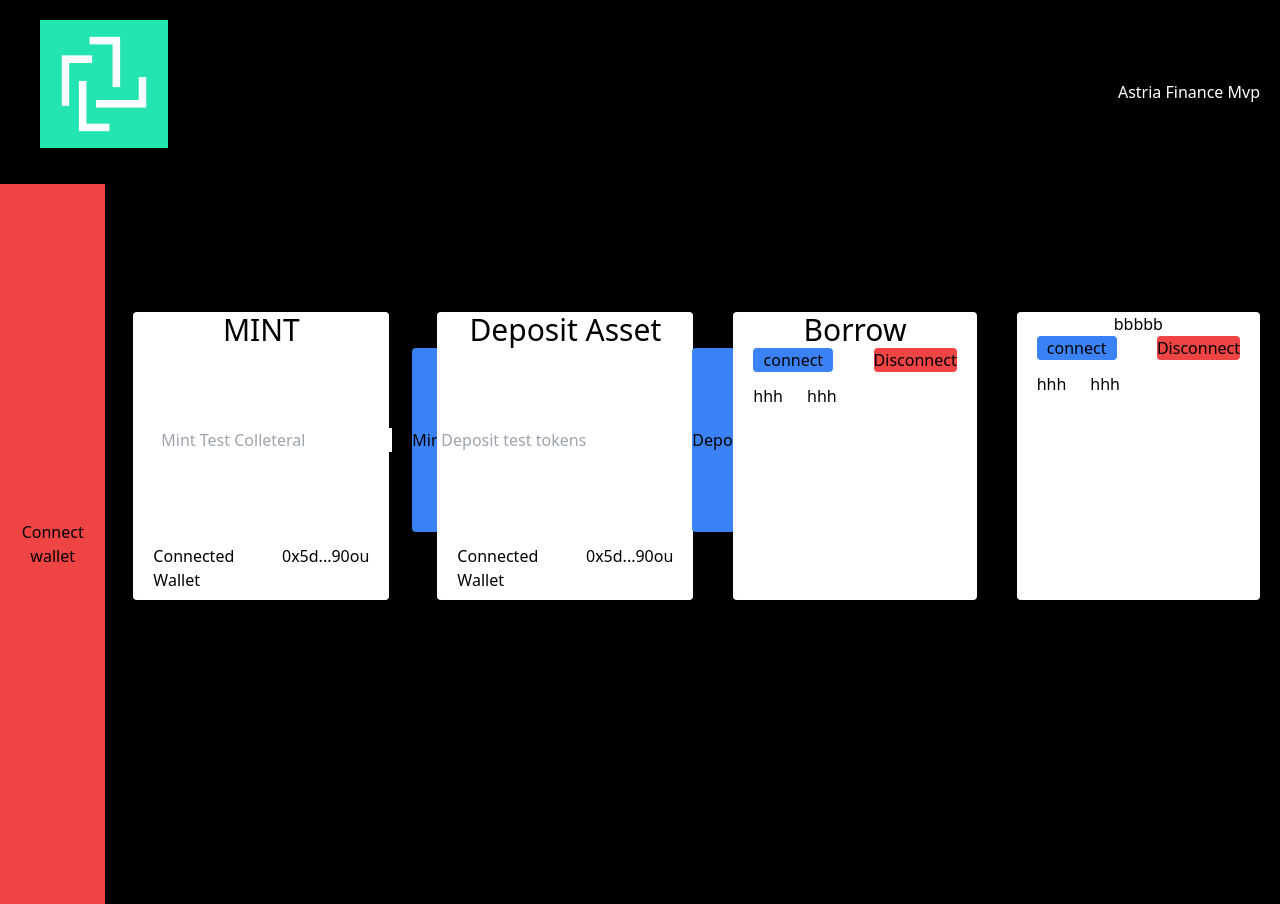
Repository: AstriaFinance/AstriaMvp
Page: /
These files come from the project's save history. The page is drawn as it stood at one moment and after the next save; the edit follows.
The browser window is 1280 px wide. The pictures show the whole page.
The project was rebuilt for these pictures with package versions that can differ from the ones it lists, and the page was loaded fresh each time. Also part of the build but not shown: src/components/About.jsx, src/components/Shop.jsx, src/components/ErrorPage.jsx.

Above is the page before, as saved 2022-06-21 16:27:35.

### src/App.js
import {Nav, Shop, About, ErrorPage, Home} from "./components"
import {BrowserRouter as Router,Routes, Route} from"react-router-dom"
function App() {
  return (

    <div>

      <Nav/>
      <Home/>
      </div>

  );
}

export default App;

### src/components/index.js
export{default as About} from "./About"
export{default as Nav} from "./Nav"
export{default as Shop} from "./Shop"
export {default as ErrorPage} from "./ErrorPage"
export{default as Home} from "./Home"

### src/components/Nav.jsx
import React from 'react'
import logo from "../static/astria2.jpg"
const Nav = () => {
  return (

        <nav className='bg-black flex justify-between '>
        <img src={logo} alt="" className='h-32 mt-5 mx-10' />
        <div className='text-white my-20 mx-5'>Astria Finance Mvp</div>





    </nav>



  )
}

export default Nav

### src/components/Home.jsx
import React from 'react'

const Home = () => {
  return (
<div className="bg-black flex overflow-x-auto h-screen ">
<button className='bg-red-500'>Connect wallet</button>
 <div className="bg-white h-72 w-64 rounded my-32 mx-7">

  <div className="container flex justify-center text-3xl">MINT</div>
  <div className="flex justify-between">
    <input type="text" placeholder='Mint Test Colleteral' className='my-20 ml-7' />
    <button className="bg-blue-500 rounded mx-5 w-20  ">Mint</button>
  </div>
   <ul className="mx-5 my-3 flex gap-6">
     <li>Connected Wallet</li>
     <li>0x5d...90ou</li>
   </ul>
 </div>

 <div className="bg-white h-72 w-64 rounded mx-5 my-32">

  <div class="container flex justify-center text-3xl">Deposit Asset</div>
  <div className="flex justify-between">
    <input type="text" placeholder='Deposit test tokens' className='my-20 ml-1' />
    <button className="bg-blue-500 rounded mx-5 w-20  ">Deposit</button>
  </div>
   <ul className="mx-5 my-3 flex gap-6">
     <li>Connected Wallet</li>
     <li>0x5d...90ou</li>
   </ul>
 </div>
 <div className="bg-white h-72 w-64 rounded mx-5 my-32">

  <div className="container flex justify-center text-3xl">Borrow</div>
  <div className="flex justify-between">
  <button className="bg-blue-500 rounded mx-5 w-20 ">connect</button>
   <button className="bg-red-500 rounded mx-5">Disconnect</button>
  </div>
   <ul className="mx-5 my-3 flex gap-6">
     <li>hhh</li>
     <li>hhh</li>
   </ul>
 </div>

 <div className="bg-white h-72 w-64 rounded mx-5 my-32">

  <div className="container flex justify-center">bbbbb</div>
  <div className="flex justify-between">
  <button className="bg-blue-500 rounded mx-5 w-20 ">connect</button>
   <button className="bg-red-500 rounded mx-5">Disconnect</button>
  </div>
   <ul className="mx-5 my-3 flex gap-6">
     <li>hhh</li>
     <li>hhh</li>
   </ul>
 </div>



 </div>
  )
}

export default Home

Loaded but not shown: public/index.html (common file); src/index.js (common file); src/index.css (common file); src/reportWebVitals.js (common file); tailwind.config.js (common file)

After the next save:
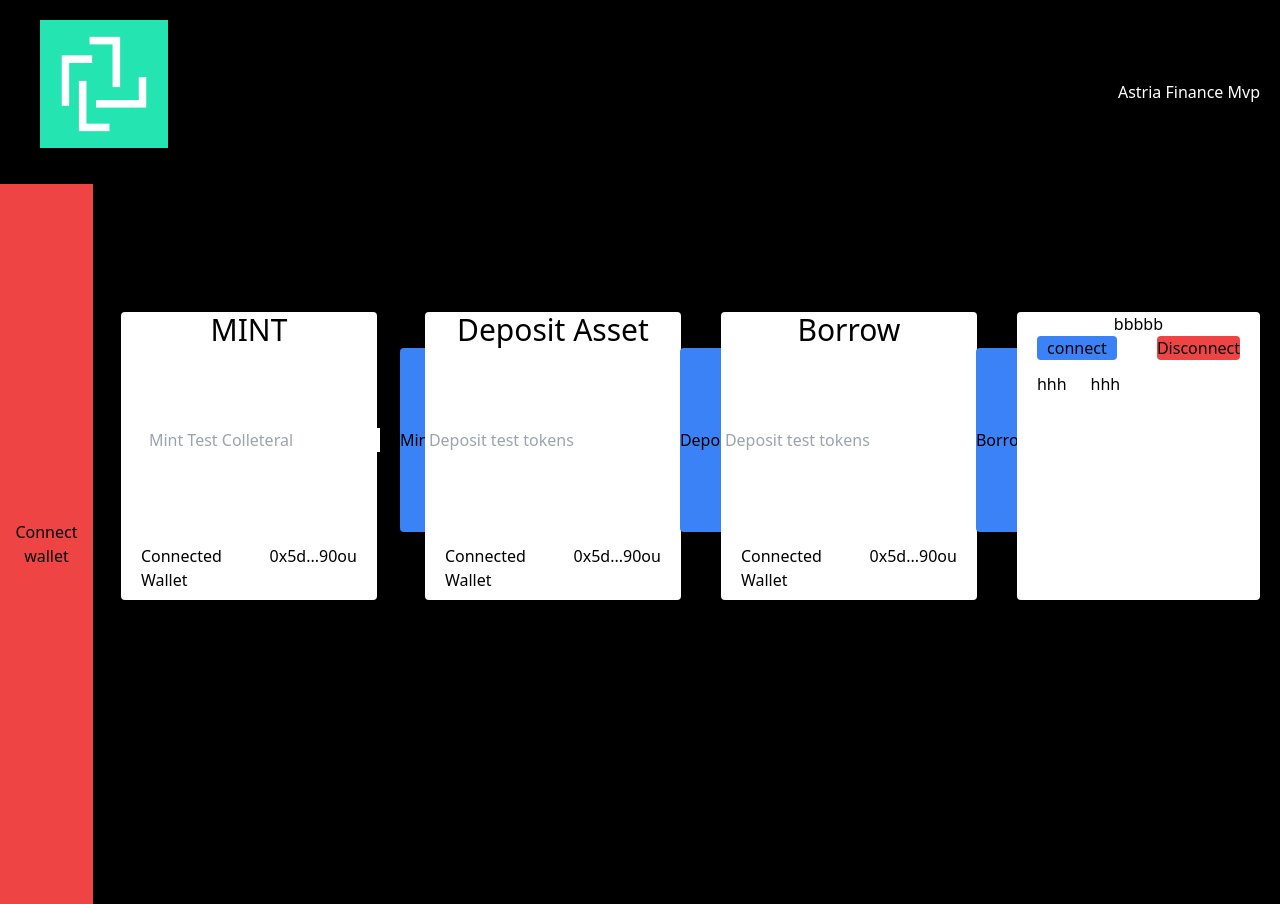
Saved 53 s later.
--- a/src/components/Home.jsx
+++ b/src/components/Home.jsx
@@ -33,12 +33,12 @@ const Home = () => {
 
   <div className="container flex justify-center text-3xl">Borrow</div>
   <div className="flex justify-between">
-  <button className="bg-blue-500 rounded mx-5 w-20 ">connect</button>
-   <button className="bg-red-500 rounded mx-5">Disconnect</button>
+  <input type="text" placeholder='Deposit test tokens' className='my-20 ml-1' />
+    <button className="bg-blue-500 rounded mx-5 w-20  ">Borrow</button>
   </div>
    <ul className="mx-5 my-3 flex gap-6">
-     <li>hhh</li>
-     <li>hhh</li>
+     <li>Connected Wallet</li>
+     <li>0x5d...90ou</li>
    </ul>
  </div>
 
